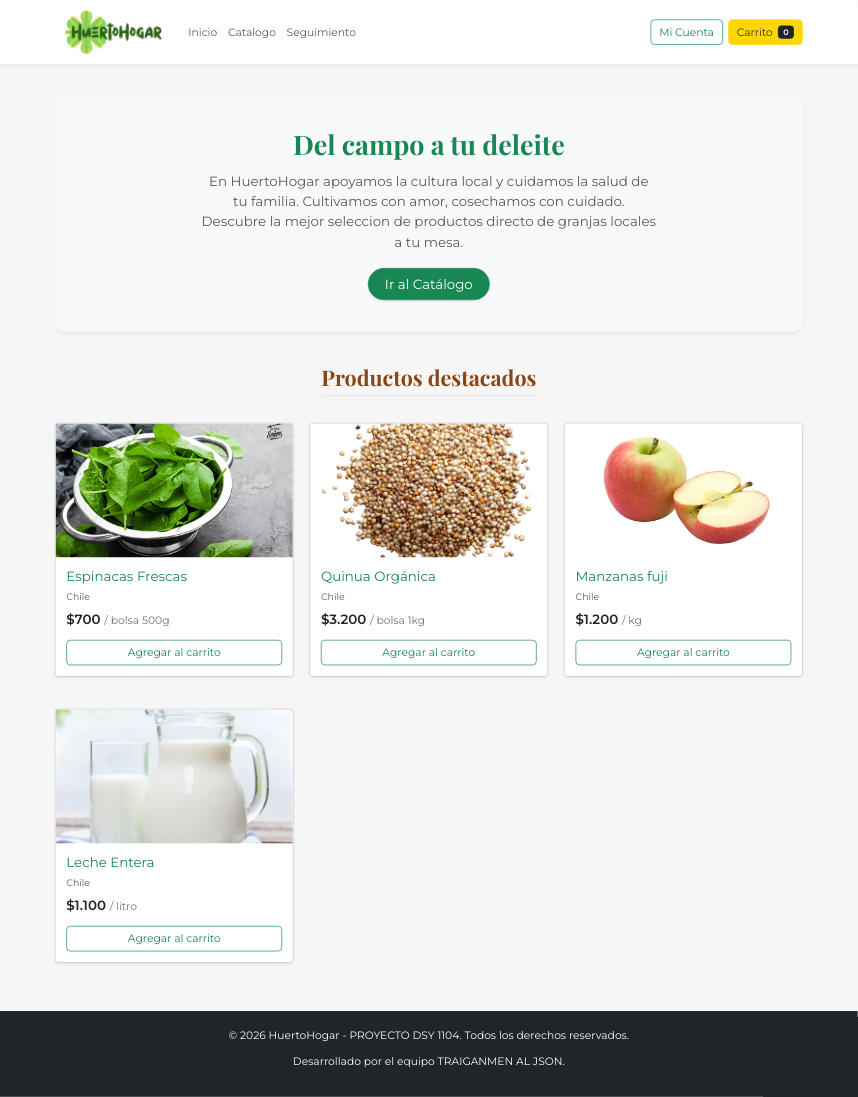
Repository: RottZen/Ev_1_Huerto_Hogar
Page: 1_inicio/index.html
These files come from the project's save history. The page is drawn as it stood at one moment and after the next save; the edit follows.
The browser window is 1280 px wide. The pictures show the whole page, at 67% of full size.
Pictures or frames that could not be fetched are drawn as grey boxes.

Above is the page before, as saved 2026-09-08 19:53:02.

After the next save:
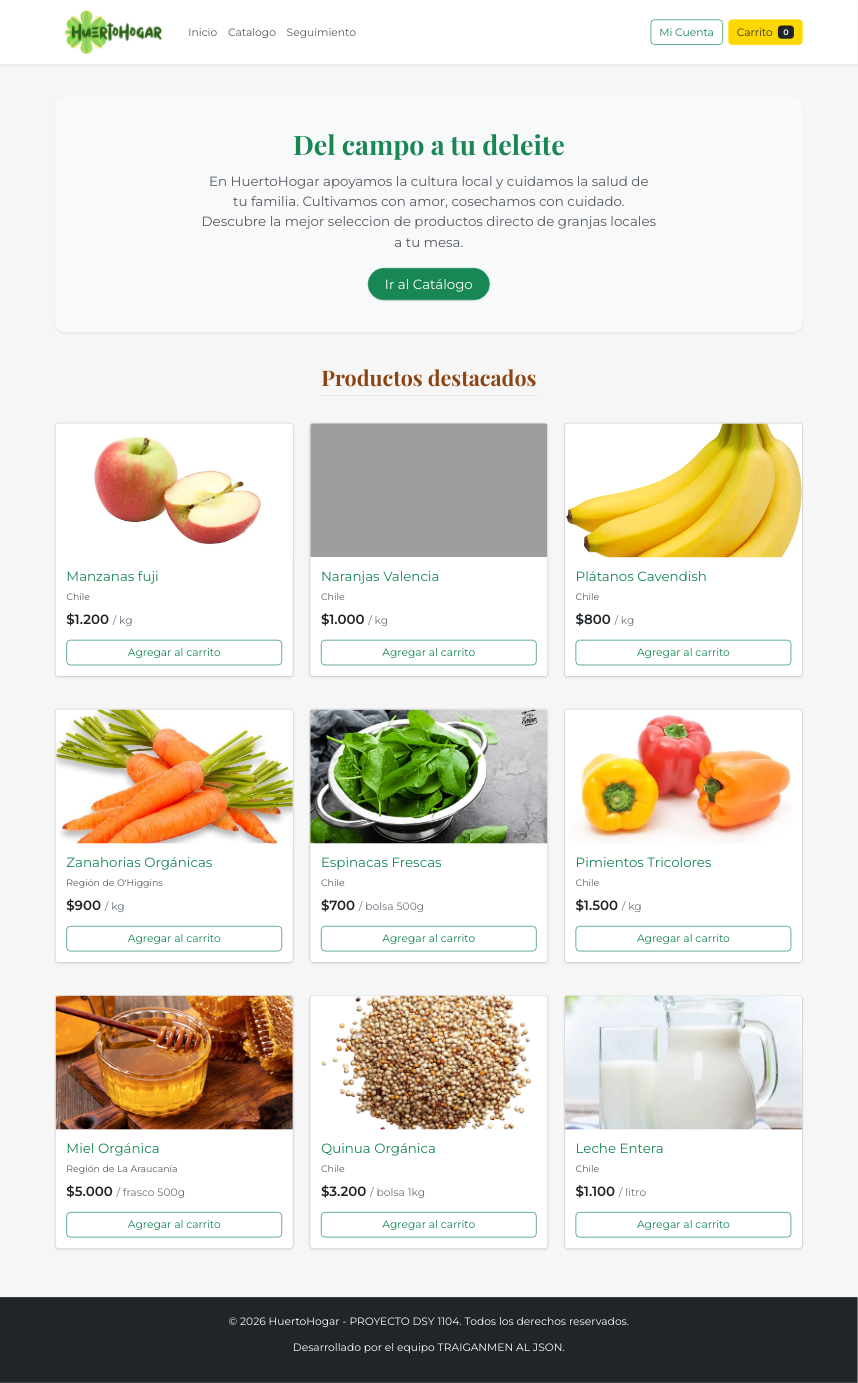
Console error: SyntaxError: missing ) after argument list
Saved 55 s later.
--- a/1_inicio/index.js
+++ b/1_inicio/index.js
@@ -3,7 +3,7 @@
     if (contenedorInicio){
         const productosDestacados = [...productos ]
         .sort (() => Math.random() - 0.5)
-        .slice(0, 4);
+        .slice(0, 3;
         renderizarProductos(productosDestacados);
     }
   });

After the save that followed:
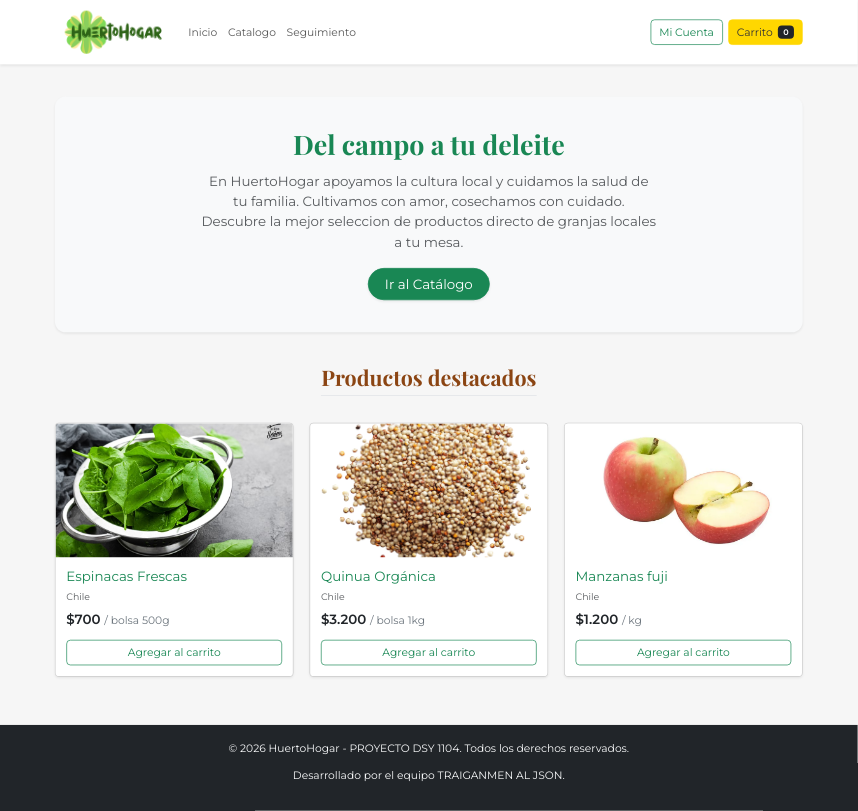
The error is gone.
Saved 12 s later.
--- a/1_inicio/index.js
+++ b/1_inicio/index.js
@@ -3,7 +3,7 @@
     if (contenedorInicio){
         const productosDestacados = [...productos ]
         .sort (() => Math.random() - 0.5)
-        .slice(0, 3;
+        .slice(0, 3);
         renderizarProductos(productosDestacados);
     }
   });
